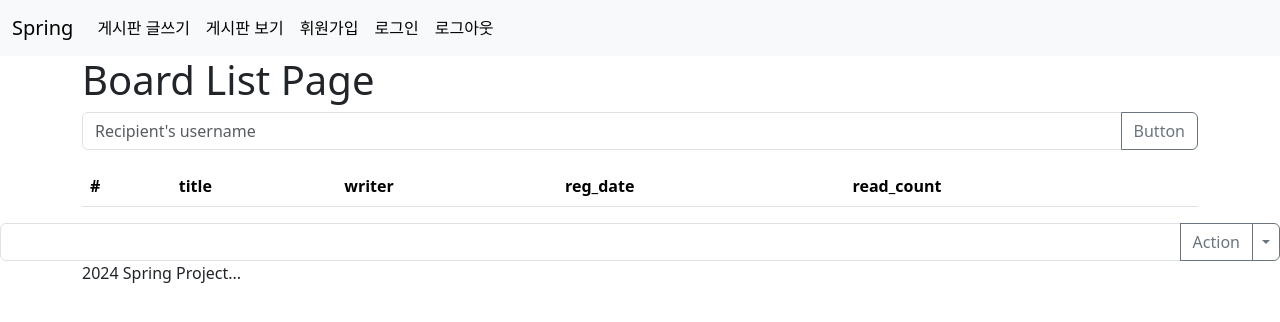
Repository: dlfhrrl12/springtest
Page: http://localhost/spring_study/WEB-INF/views/board/list.jsp
These files come from the project's save history. The page is drawn as it stood at one moment and after the next save; the edit follows.
The browser window is 1280 px wide. The pictures show the whole page.
The page is served by Tomcat 9. Nobody is signed in. The template is opened directly, without the code that normally fills it, so the values that code supplies are empty.

Above is the page before, as saved 2024-04-24 08:14:32.

After the next save:
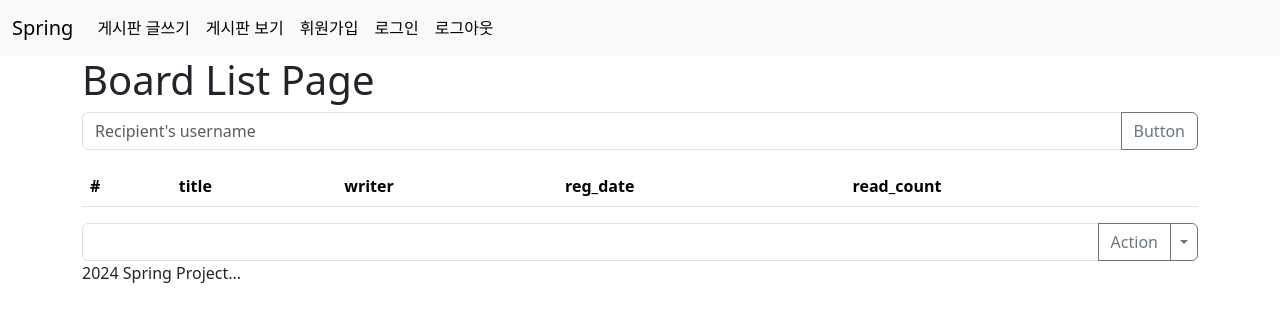
Saved 14 s later.
--- a/spring_study/src/main/webapp/WEB-INF/views/board/list.jsp
+++ b/spring_study/src/main/webapp/WEB-INF/views/board/list.jsp
@@ -35,8 +35,6 @@
 			</c:forEach>
 		</tbody>
 	</table>
-</div>
-
 	<form action="">
 	<div class="input-group">
 	  <input type="text" class="form-control" aria-label="Text input with segmented dropdown button">
@@ -53,5 +51,8 @@
 	  </ul>
 	</div>
 	</form>
+</div>
+
+
 
 	<jsp:include page="../layout/footer.jsp" />
